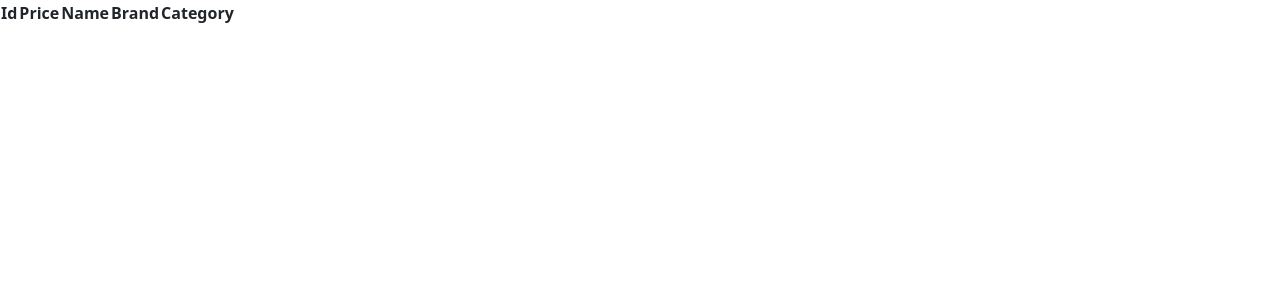
Repository: SriChakraTeja/json-crud
Page: /
These files come from the project's save history. The page is drawn as it stood at one moment and after the next save; the edit follows.
The browser window is 1280 px wide. The pictures show the whole page.
The project was rebuilt for these pictures with package versions that can differ from the ones it lists, and the page was loaded fresh each time. Requests to the local data server were answered from the project's data file. Also part of the build but not shown: src/components/ProductDetails.js.

Above is the page before, as saved 2023-12-23 13:56:51.

After the next save:
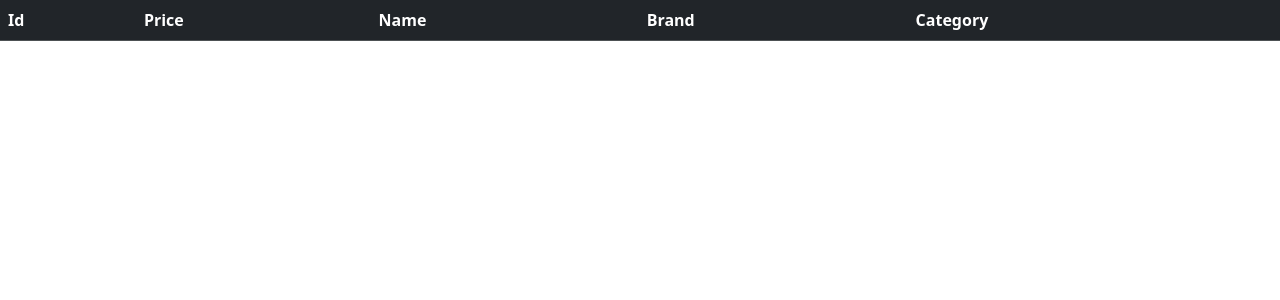
Saved 11 s later.
--- a/src/components/Home.js
+++ b/src/components/Home.js
@@ -10,7 +10,7 @@ const Home = () => {
     })
     return (
         <section>
-            <table>
+            <table className='table table-dark'>
                 <thead>
                     <tr>
                         <th>Id</th>
